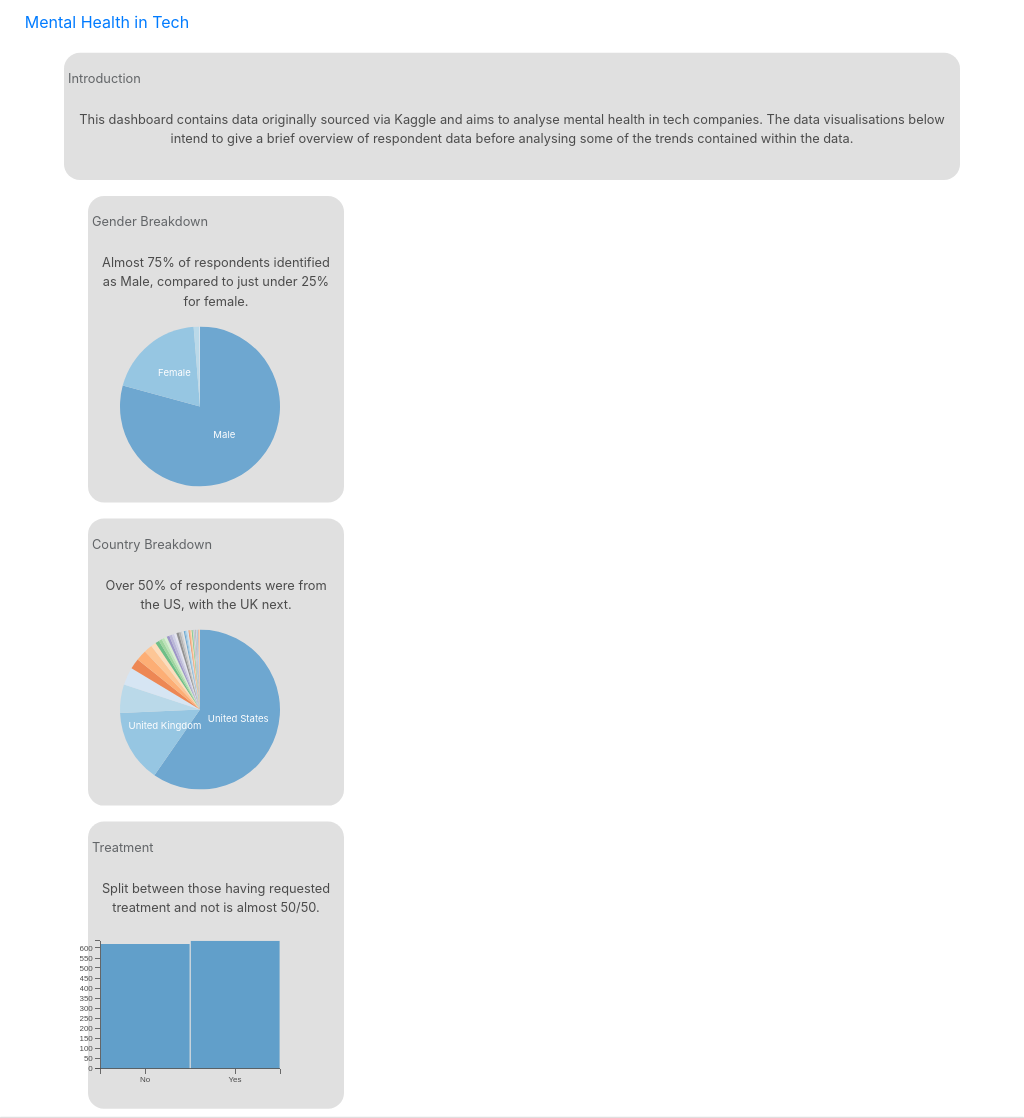
Repository: martingr1/mhdashboard
Page: index.html
The author's editor kept a record of every edit. The page is drawn from the files as they stood at one moment, then again after the next edit.
The browser window is 1280 px wide. The pictures show the whole page, at 80% of full size.
Some web libraries are served in a nearby version.

Above is the page before.

After the next edit:
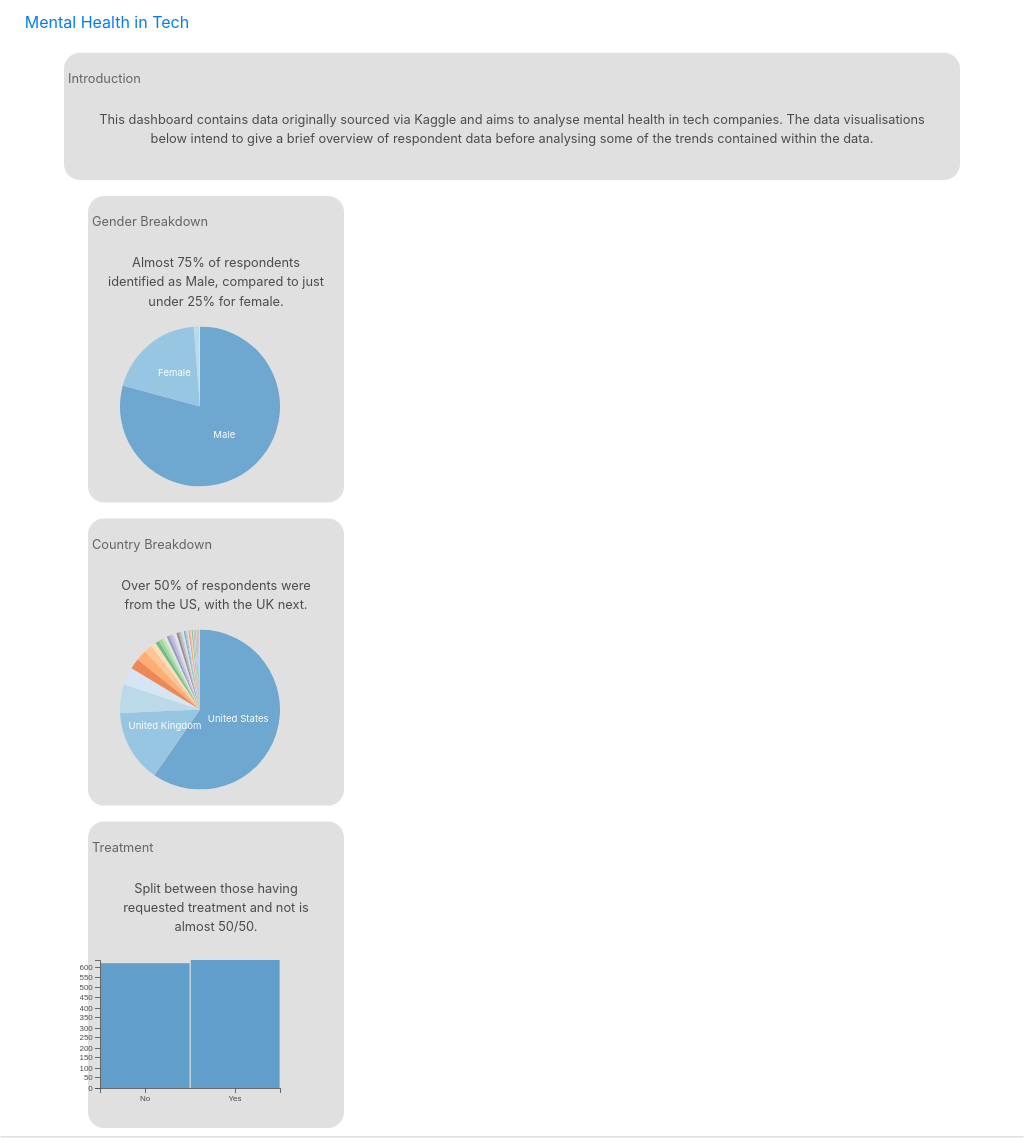
The edit:
--- a/static/css/style.css
+++ b/static/css/style.css
@@ -30,7 +30,7 @@
 .chart-text {
 	font-size: medium;
 	color: black;
-	margin: 10px 0;
+	margin: 10px;
 	padding: 10px;
 }
 
